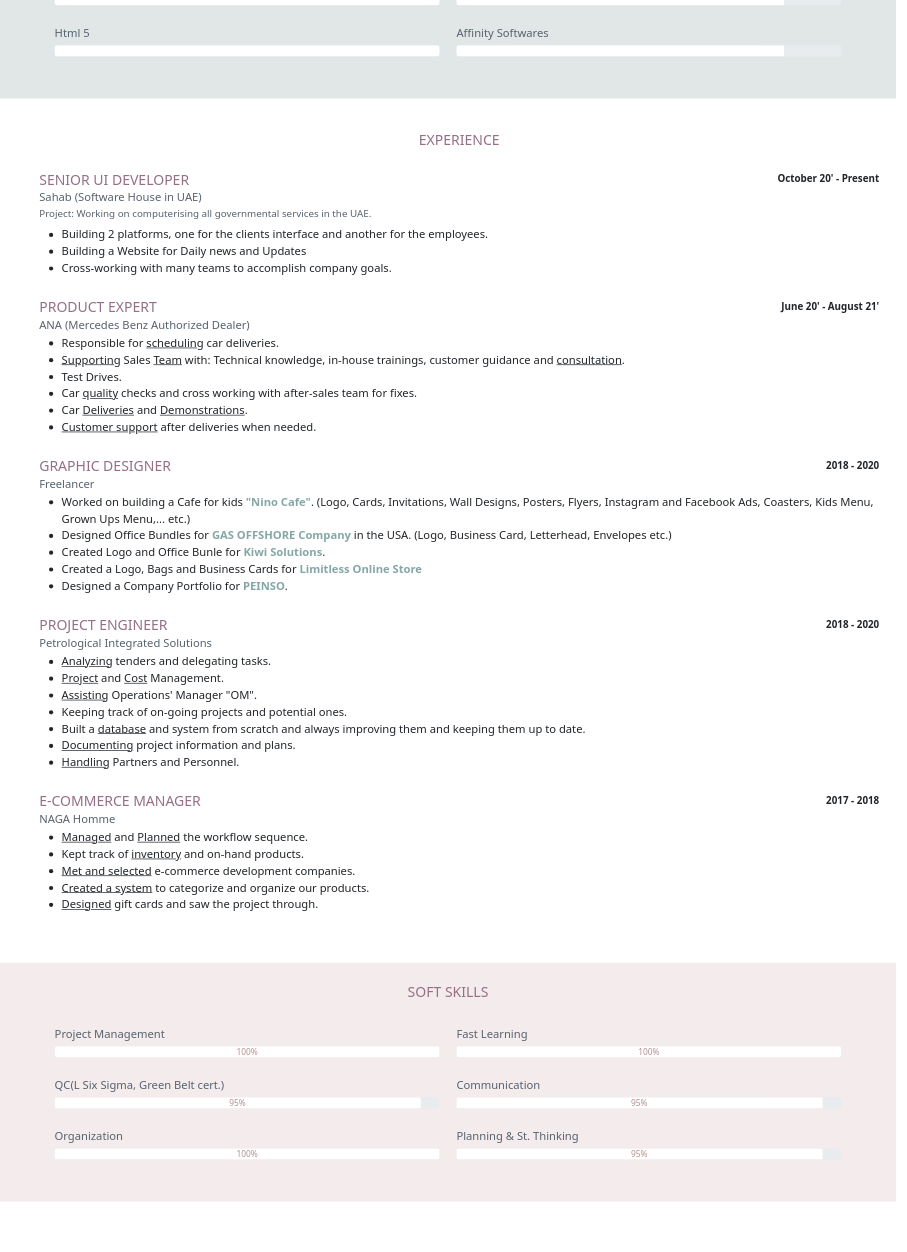
Repository: aya7abbal/my-old-portfolio
Page: resume.html
The author's editor kept a copy of each file at every save. The page is drawn from the files as they stood at one save, then again after the next save.
The browser window is 1280 px wide. The page is 1296 px wide, so the pictures cover 1296 px, including what lies to the right of the window. The pictures show the part of the page from y = 1111 to 2991 px (the page is 2900 px tall before and 3059 px after), at 70% of full size.
Some web fonts or font styles are not loaded; a fallback is used. Some web libraries are served in a nearby version. The style sheet was rebuilt from its Sass, Less or Tailwind sources for each picture, by a compiler version that may differ from the author's.

Above is the page before, as saved 2022-07-07 23:42:00.

After the next save:
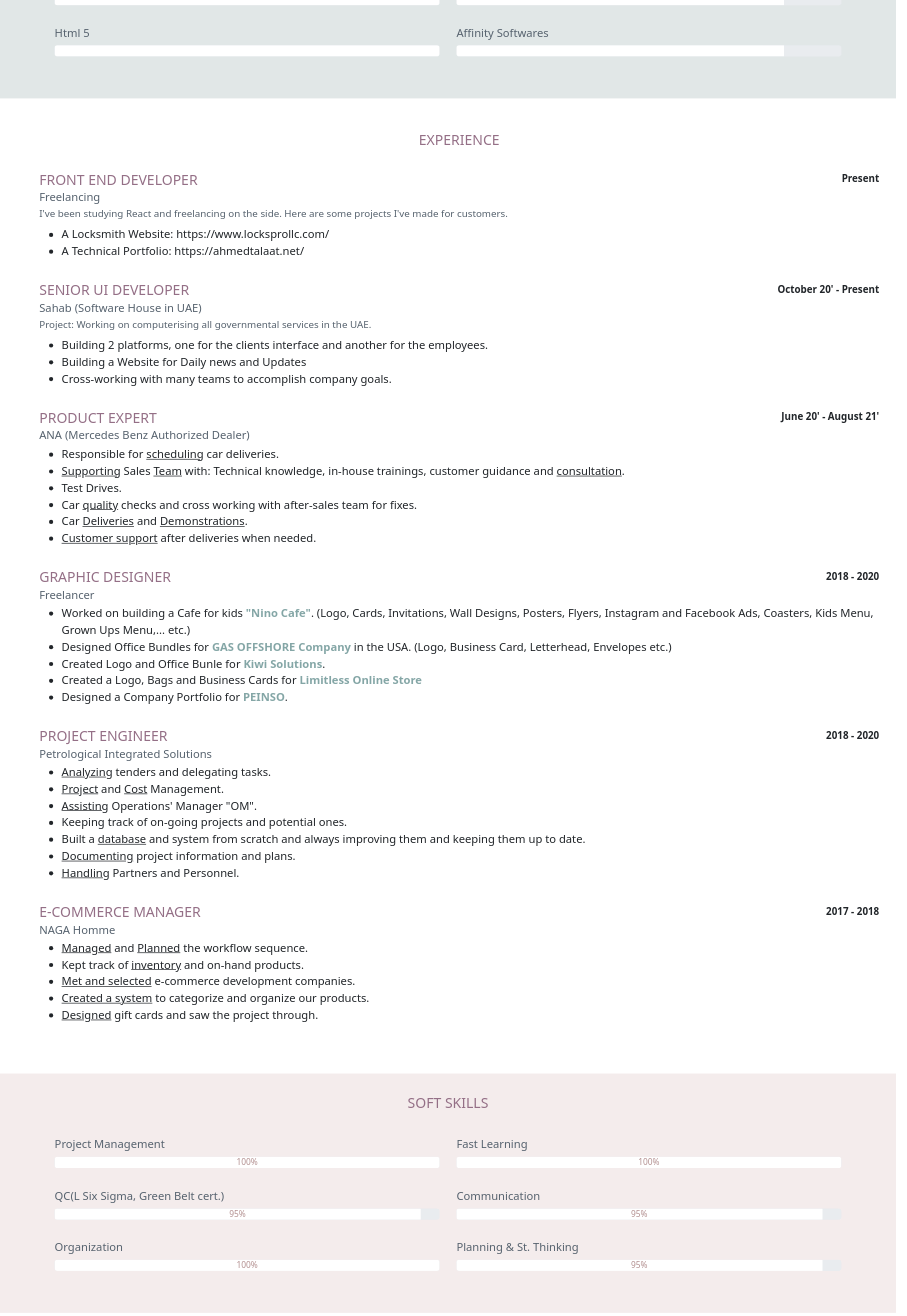
Saved 5 min 18 s later.
--- a/resume.html
+++ b/resume.html
@@ -348,6 +348,24 @@
         <div class="list-group m-4">
 
 
+  <!-- Freelancing -->
+  <a class="list-group-item list-group-item-action" aria-current="true">
+    <div class="d-flex w-100 justify-content-between">
+        <h5 class="mb-1">Front End Developer</h5>
+        <small>Present</small>
+    </div>
+    <h6 class="mb-1">Freelancing</h6>
+
+    <h6><small>I've been studying React and freelancing on the side. Here are some projects I've made for customers.</small> </h6>
+    <ul class="exp">
+        <li>A Locksmith Website: https://www.locksprollc.com/</li>
+        <li>A Technical Portfolio: https://ahmedtalaat.net/ </li>
+
+
+
+
+    </ul>
+</a>
 
 
             <!-- SAHAB - UAE -->
